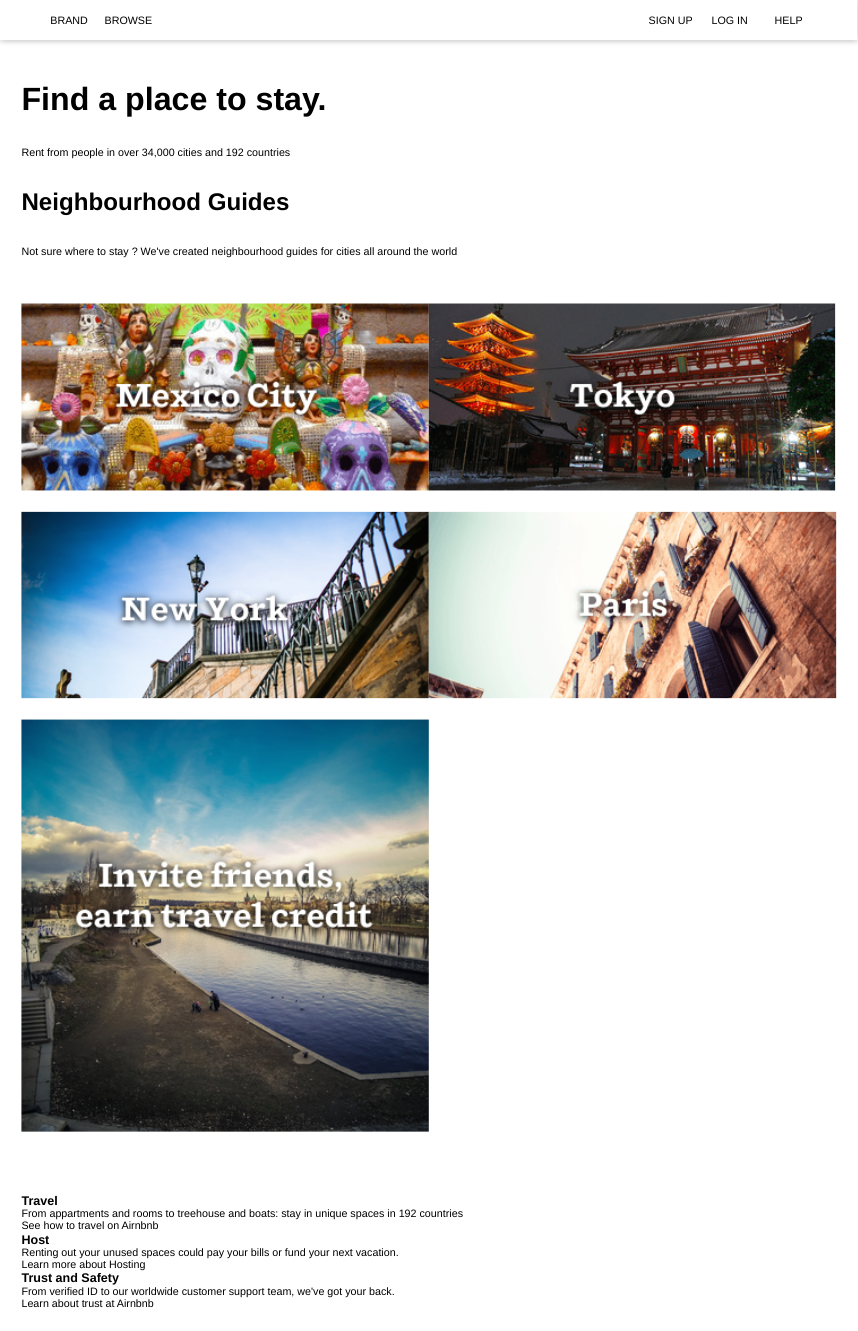
Repository: Naohonproject/web101x02-asm3
Page: Project3.html
The author's editor kept a copy of each file at every save. The page is drawn from the files as they stood at one save, then again after the next save.
The browser window is 1280 px wide. The pictures show the whole page, at 67% of full size.

Above is the page before, as saved 2022-01-22 14:23:37.

### Project3.html
<!-- @format -->

<!DOCTYPE html>
<html lang="en">
	<head>
		<meta charset="UTF-8" />
		<meta http-equiv="X-UA-Compatible" content="IE=edge" />
		<meta name="viewport" content="width=device-width, initial-scale=1.0" />
		<link rel="stylesheet" href="./assets/css/style.css" />

		<link rel="stylesheet" href="./assets/css/layout.css" />
		<link rel="stylesheet" href="./assets/css/responsive.css" />
		<title>Home</title>
	</head>
	<body>
		<header id="header">
			<div class="header-wrapper">
				<div class="nav-bar">
					<div class="left-col">
						<div class="nav-item ml">
							<a href="#">Brand</a>
						</div>

						<div class="nav-item ml">
							<a href="#">Browse</a>
						</div>
					</div>

					<div class="right-col">
						<div class="nav-item ml">
							<a href="Signup.html" target="_blank">Sign Up</a>
						</div>

						<div class="nav-item ml">
							<a href="login.html" target="_blank">Log In</a>
						</div>

						<div class="nav-item ml mr">
							<a href="#" target="_blank">Help</a>
						</div>
					</div>
				</div>
			</div>
		</header>

		<div id="main" class="p-32">
			<div id="banner">
				<div class="banner-wrapper">
					<div class="content-heading">
						<h1>Find a place to stay.</h1>
					</div>
					<div class="content-desc">
						<p>Rent from people in over 34,000 cities and 192 countries</p>
					</div>
				</div>
			</div>

			<div id="section">
				<div class="section-wrapper">
					<div class="section-heading">
						<h2>Neighbourhood Guides</h2>
					</div>
					<div class="section-desc">
						<p>
							Not sure where to stay ? We've created neighbourhood guides for
							cities all around the world
						</p>
					</div>
				</div>
			</div>

			<div id="img-list">
				<div class="img-list-wrapper row">
					<div class="image-block col-tablet-6">
						<img
							class="first-img"
							src="./assets/img/web101x-Mexico City.png"
							alt="Mexico City"
							width="360"
						/>
						<img
							src="./assets/img/web101x-New York.png"
							alt="New York City"
							width="360"
						/>
					</div>
					<div class="image-block col-tablet-6">
						<img
							class="first-img"
							src="./assets/img/web101x-Tokyo.png"
							alt="Tokyo City"
							width="360"
						/>
						<img
							src="./assets/img/web101x-Paris.png"
							alt="Paris City"
							width="360"
						/>
					</div>
					<div class="image-block col-tablet-6">
						<img
							src="./assets/img/web101x-Invitation.png"
							alt="Invitation image"
							width="360"
						/>
					</div>
				</div>
				<div class="clear"></div>
			</div>
		</div>

		<footer id="footer" class="p-32">
			<div class="footer-wrapper box-padding">
				<div class="footer-block">
					<h3 class="bold-text">Travel</h3>
					<p>
						From appartments and rooms to treehouse and boats: stay in unique
						spaces in 192 countries
					</p>
					<a href="#">See how to travel on Airnbnb</a>
				</div>

				<div class="footer-block">
					<h3 class="bold-text">Host</h3>
					<p>
						Renting out your unused spaces could pay your bills or fund your
						next vacation.
					</p>
					<a href="#">Learn more about Hosting</a>
				</div>

				<div class="footer-block">
					<h3 class="bold-text">Trust and Safety</h3>
					<p>
						From verified ID to our worldwide customer support team, we've got
						your back.
					</p>
					<a href="#">Learn about trust at Airnbnb</a>
				</div>
				<div class="clear"></div>
			</div>
		</footer>
	</body>
</html>

### assets/css/style.css
/**
 * /* ======reset css======
 *
 * @format
 */

*,
::before,
::after {
	padding: 0;
	margin: 0;
	box-sizing: border-box;
	list-style-type: none;
	text-decoration: none;
	color: #000;
}

html {
	font-family: "Helvetica Neue", Helvetica, Arial;
}

.header-wrapper {
	font-size: 16px;
}

.nav-bar a {
	color: #fff;
	text-transform: uppercase;
}

### assets/css/layout.css
/** @format */
.ml {
	margin-left: 10px;
}

.mr {
	margin-right: 10px;
}

.row {
	display: flex;
	flex-direction: row;
	flex-wrap: wrap;
}

.row > * {
	width: 100%;
	max-width: 100%;
	flex-shrink: 0;
}

.col-1 {
	width: 8.33%;
}
.col-2 {
	width: 16.66%;
}
.col-3 {
	width: 25%;
}
.col-4 {
	width: 33.33%;
}
.col-5 {
	width: 41.66%;
}
.col-6 {
	width: 50%;
}
.col-7 {
	width: 58.33%;
}
.col-8 {
	width: 66.66%;
}
.col-9 {
	width: 75%;
}
.col-10 {
	width: 83.33%;
}
.col-11 {
	width: 91.66%;
}
.col-12 {
	width: 100%;
}

#header {
	width: 100vw;
	height: 60px;
	background-color: #60646d;
	background-clip: border-box;
	position: fixed;
	left: 0;
	top: 0;
	z-index: 1;
}

.nav-bar {
	display: flex;
	flex-direction: row;
	flex-wrap: no-wrap;
	align-items: center;
	justify-content: space-evenly;
	padding: 0 20px;
}

.nav-item {
	width: 70px;
	height: 60px;
	padding: 22px 0;
	text-align: center;
}

.left-col {
	display: flex;
	flex: 2;
	flex-direction: row;
	justify-content: space-around;
	align-items: center;
}

.right-col {
	display: flex;
	flex: 3;
	flex-direction: row;
	justify-content: space-around;
	align-items: center;
}

#main {
	margin-top: 60px;
}

#main,
#footer {
	padding: 32px;
}

#banner {
	width: 100%;
	background-color: #fff;
	color: #000;
	position: relative;
	top: 0;
	left: 0;
}

div[class*="-heading"] {
	padding: 28px 0;
	font-size: 24px;
}

div[class*="-desc"] {
	padding: 16px 0;
}

#img-list {
	width: 100%;
}

#img-list .img-list-wrapper {
	padding: 24px 0;
	margin: 0 auto;
}

#img-list img {
	width: 100%;
	margin-top: 28px;
}

### assets/css/responsive.css
/** @format */

/* ========responsive for tablet */

@media screen and (min-width: 768px) {
	#header {
		background-color: #87766c;
	}

	.nav-bar {
		padding: 0 28px;
	}

	.left-col {
		justify-content: flex-start;
	}

	.right-col {
		justify-content: flex-end;
	}

	.ml {
		margin-left: 14px;
	}

	.mr {
		margin-right: 14px;
	}

	.col-tablet-1 {
		width: 8.33%;
	}
	.col-tablet-2 {
		width: 16.66%;
	}
	.col-tablet-3 {
		width: 25%;
	}
	.col-tablet-4 {
		width: 33.33%;
	}
	.col-tablet-5 {
		width: 41.66%;
	}
	.col-tablet-6 {
		width: 50%;
	}
	.col-tablet-7 {
		width: 58.33%;
	}
	.col-tablet-8 {
		width: 66.66%;
	}
	.col-tablet-9 {
		width: 75%;
	}
	.col-tablet-10 {
		width: 83.33%;
	}
	.col-tablet-11 {
		width: 91.66%;
	}
	.col-tablet-12 {
		width: 100%;
	}
}

/* ========responsive for desktop */

@media screen and (min-width: 992px) {
	#header {
		background-color: #fff;
		box-shadow: 0 0 10px gray;
	}

	.nav-bar {
		padding: 0 50px;
	}

	.left-col {
		justify-content: flex-start;
	}

	.right-col {
		justify-content: flex-end;
	}

	.ml {
		margin-left: 18px;
	}

	.mr {
		margin-right: 18px;
	}

	.nav-bar a {
		color: #000;
	}

	.col-desktop-1 {
		width: 8.33%;
	}
	.col-desktop-2 {
		width: 16.66%;
	}
	.col-desktop-3 {
		width: 25%;
	}
	.col-desktop-4 {
		width: 33.33%;
	}
	.col-desktop-5 {
		width: 41.66%;
	}
	.col-desktop-6 {
		width: 50%;
	}
	.col-desktop-7 {
		width: 58.33%;
	}
	.col-desktop-8 {
		width: 66.66%;
	}
	.col-desktop-9 {
		width: 75%;
	}
	.col-desktop-10 {
		width: 83.33%;
	}
	.col-desktop-11 {
		width: 91.66%;
	}
	.col-desktop-12 {
		width: 100%;
	}
}

After the next save:
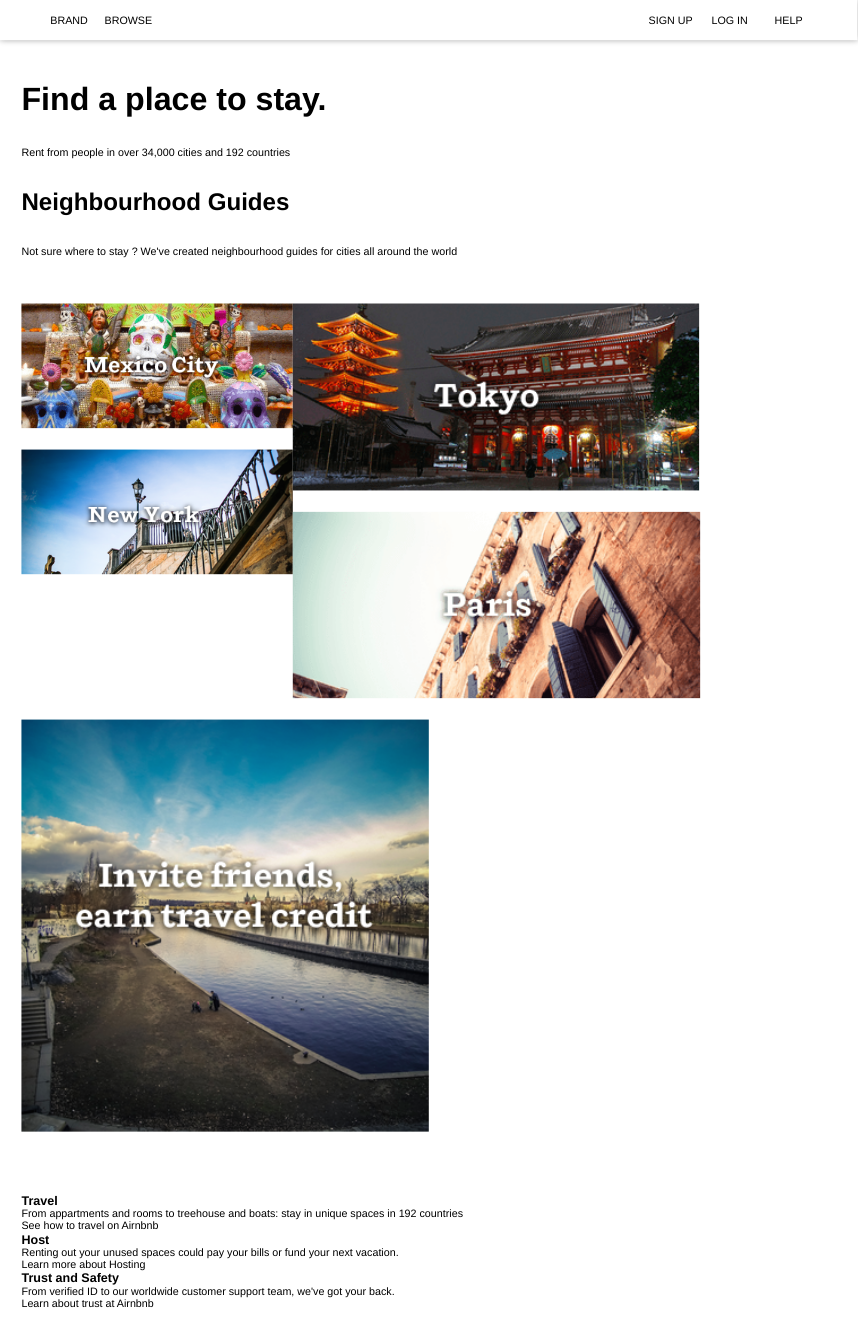
Saved 39 s later.
--- a/Project3.html
+++ b/Project3.html
@@ -71,7 +71,7 @@
 
 			<div id="img-list">
 				<div class="img-list-wrapper row">
-					<div class="image-block col-tablet-6">
+					<div class="image-block col-tablet-6 col-desktop-4">
 						<img
 							class="first-img"
 							src="./assets/img/web101x-Mexico City.png"
